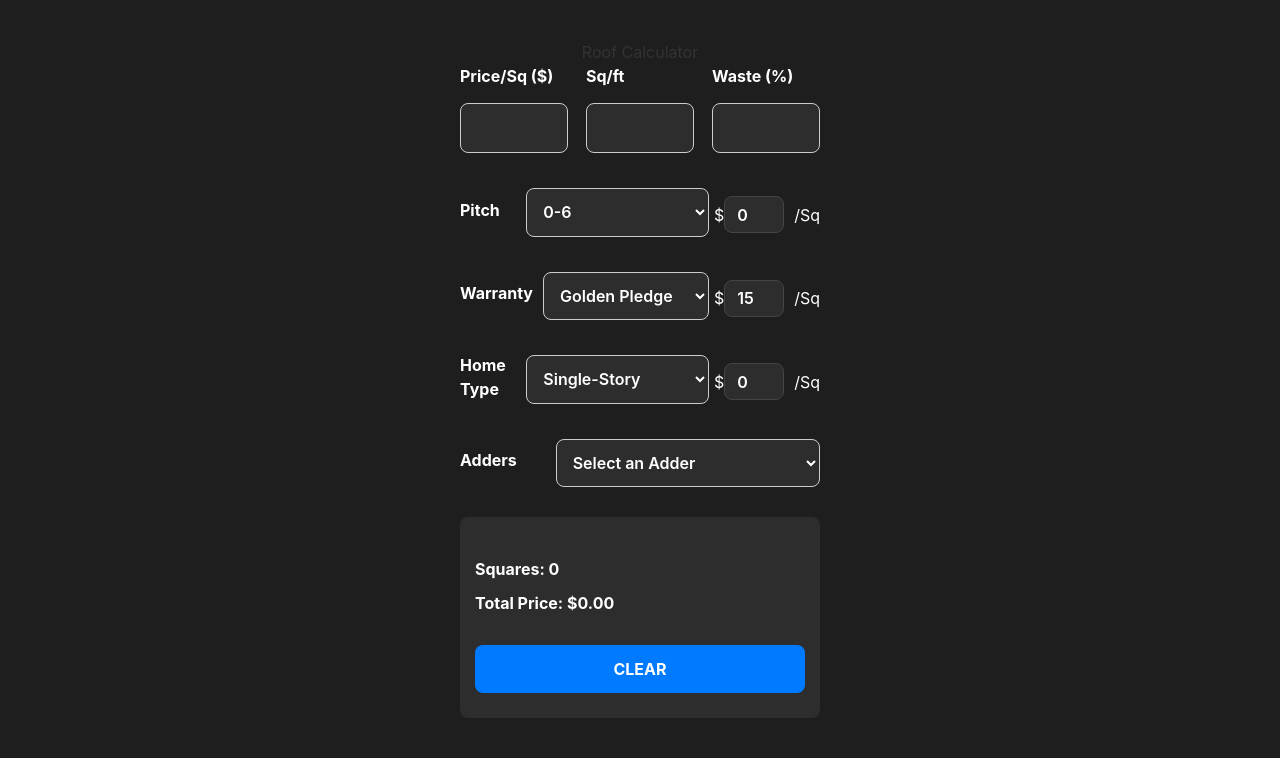
Repository: Tripp-L/roof-calc-app
Page: /
These files come from the project's save history. The page is drawn as it stood at one moment and after the next save; the edit follows.
The browser window is 1280 px wide. The pictures show the whole page.
The project was rebuilt for these pictures with package versions that can differ from the ones it lists, and the page was loaded fresh each time.

Above is the page before, as saved 2024-10-17 23:33:21.

### public/index.html
<!DOCTYPE html>
<html lang="en">
  <head>
    <meta charset="utf-8" />
    <meta name="viewport" content="width=device-width, initial-scale=1" />
    <title>Roof Calc App</title>
  </head>
  <body>
    <noscript>You need to enable JavaScript to run this app.</noscript>
    <div id="root"></div>
  </body>
</html>

### src/App.js
import React from 'react';
import RoofCalculator from './RoofCalculator';
import './App.css';

function App() {
  return (
    <div className="App">
      <RoofCalculator />
    </div>
  );
}

export default App;

### src/App.css
@import 'tailwindcss/base';
@import 'tailwindcss/components';
@import 'tailwindcss/utilities';

body {
  font-family: -apple-system, BlinkMacSystemFont, "Segoe UI", Roboto, Helvetica, Arial, sans-serif, "Apple Color Emoji", "Segoe UI Emoji", "Segoe UI Symbol";
}

input:focus, select:focus {
  outline: none;
}

.price-input-container {
  display: inline-flex;
  align-items: center;
  border: 1px solid #ccc;
  border-radius: 4px;
  overflow: hidden;
}

.price-symbol {
  padding-left: 8px;
  color: #666;
}

.price-input {
  border: none;
  outline: none;
  padding: 8px;
  width: 60px;
  font-size: 16px;
}

.price-input::-webkit-inner-spin-button,
.price-input::-webkit-outer-spin-button {
  opacity: 1;
}

.App {
  display: flex;
  flex-direction: column;
  min-height: 100vh;
  max-width: 100%;
  padding: 20px;
  font-size: 16px;
  line-height: 1.5;
  touch-action: manipulation;
}

@media (min-width: 768px) {
  .App {
    max-width: 90%;
    margin: 0 auto;
  }
}

@media (min-width: 1024px) {
  .App {
    max-width: 1200px;
  }
}

.App input,
.App select,
.App button {
  font-size: 16px;
  padding: 12px;
  margin: 10px 0;
  border-radius: 8px;
  border: 1px solid #ccc;
  width: 100%;
  box-sizing: border-box;
}

.App button {
  background-color: #007bff;
  color: white;
  border: none;
  cursor: pointer;
  transition: background-color 0.3s ease;
}

.App button:hover,
.App button:focus {
  background-color: #0056b3;
}

.App label {
  display: block;
  margin-bottom: 5px;
  font-weight: bold;
}

.sqft-input {
  width: 10%;
  padding: 8px;
  margin-top: 5px;
  border: 1px solid #ccc;
  border-radius: 4px;
  box-sizing: border-box;
}

.waste-select {
  width: 10%;
  padding: 8px;
  margin-top: 5px;
  border: 1px solid #ccc;
  border-radius: 4px;
  box-sizing: border-box;
}

.warranty-container {
  display: flex;
  align-items: center;
  margin-bottom: 10px;
}

.warranty-price-container {
  display: flex;
  align-items: center;
  margin-left: 10px;
}

.dollar-sign {
  margin-right: 5px;
  font-weight: bold;
}

.warranty-price-adjust {
  padding: 5px;
}

.warranty-price-adjust::before {
  content: "+";
  margin-right: 5px;
}

.warranty-adjust {
  margin-left: 10px;
}

.warranty-adjust select {
  margin-left: 5px;
}

.keypad button:last-child {
  grid-column: span 4;
  background-color: #f0f0f0;
  color: #333;
}

.digits button:last-child {
  background-color: #f0f0f0;
  color: #333;
  grid-column: span 2;
}

.home-type-section {
  margin-bottom: 20px;
}

.home-type-options {
  display: flex;
  justify-content: space-between;
  align-items: center;
  margin-bottom: 10px;
}

.home-type-options label {
  display: flex;
  align-items: center;
}

.price-input {
  display: flex;
  align-items: center;
  border: 1px solid #ccc;
  border-radius: 4px;
  padding: 5px;
}

.price-input span {
  margin-right: 5px;
}

.price-input input {
  border: none;
  outline: none;
  width: 60px;
}

### src/RoofCalculator.css
body {
  background-color: #1e1e1e;
  color: #ffffff;
  font-family: Arial, sans-serif;
}

.calculator {
  max-width: 400px;
  margin: 0 auto;
  padding: 20px;
}

.input-group {
  display: flex;
  align-items: center;
  margin-bottom: 15px;
}

.input-group label {
  width: 120px; /* Adjust as needed */
  margin-right: 10px;
}

/* Style for the previously longer inputs */
.input-group input[type="number"] {
  width: 84px;
  height: 37px;
  background-color: #2d2d2d;
  color: white;
  border: 1px solid #444;
  padding: 2 8px;
  font-size: 16px;
  font-weight: 600;
  line-height: 22px;
  box-sizing: border-box;
  margin-bottom: 10px;
}

/* Style for select dropdowns and pitch price input */
.input-group select,
.warranty-price-input input,
.home-type-price-input input {
    width: 100%;
    height: 30px;
    background-color: #2d2d2d;
    color: white;
    border: 1px solid #444;
    padding: 0 8px;
    font-size: 14px;
    line-height: 30px;
    box-sizing: border-box;
    margin-bottom: 10px;
}

.input-group select,
.pitch-price-input input {
  width: 100%;
  height: 48.5px;
  background-color: #2d2d2d;
  color: white;
  border: 1px solid #444;
  padding: 2 8px;
  font-size: 14px;
  font-weight: 600;
  line-height: 30px;
  box-sizing: border-box;
}


.pitch-price-input,
.warranty-price-input,
.home-type-price-input {
  display: flex;
  align-items: center;
  margin-top: 1px;
  margin-bottom: 10px;
}

.dollar-sign {
  color: #ccc;
  margin-right: 2px;
}

label {
  display: block;
  margin-bottom: 20px;
}

input, select {
  width: 100%;
  padding: 8px;
  background-color: #2d2d2d;
  border: 1px solid #3d3d3d;
  color: #ffffff;
  margin-bottom: 20px;
}

.results {
  margin-top: 20px;
  font-weight: bold;
  font-size: 20px;
  margin-bottom: 10px;
}

h1 {
  text-align: center;
  color: #333;
  margin-bottom: 25px;
}

.calculator-section {
  margin-bottom: 20px;
}

.price-input-container {
  display: inline-flex;
  align-items: center;
  border: 1px solid #ccc;
  border-radius: 4px;
  overflow: hidden;
  margin-top: 20px;
  margin-bottom: 20px;
}

.price-symbol {
  padding: 0 8px;
  background-color: #f0f0f0;
  color: #666;
}

.price-input {
  width: 60px;
  border: none;
  padding: 8px;
  text-align: right;
  font-size: 16px;
  font-weight: 600;
  margin-top: 20px;
  margin-bottom: 20px;
}

.total {
  background-color: #f0f0f0;
  padding: 15px;
  border-radius: 5px;
  text-align: center;
  font-size: 25px;
  font-weight: 600;
  line-height: 22px;
  box-sizing: border-box;
  background-color: #2d2d2d;
  color: rgb(255, 255, 255);
}

.total h3 {
  margin: 10;
  color: #333;
  color: rgb(255, 255, 255);
}

.total p {
  font-size: 26px;
  font-weight: bold;
  color: #4CAF50;
  margin: 20px 0 0;
  color: rgb(255, 255, 255);
}

.warranty-price-input {
  display: flex;
  align-items: center;
  margin-top: 5px;
}

.warranty-price-input input {
  width: 60px;
  height: 30px;
  background-color: #2d2d2d;
  color: white;
  border: 1px solid #444;
  padding: 0 8px;
  font-size: 14px;
  line-height: 30px;
  box-sizing: border-box;
}

.warranty-price-input span {
  color: #ccc;
  margin: 0 4px;
}

.home-type-group {
  margin-bottom: 20px;
}

.home-type-label {
  font-size: 18px;
  font-weight: bold;
  color: #ffffff;
  margin-bottom: 10px;
  display: block;
}

.home-type-options {
  display: grid;
  grid-template-columns: auto 1fr auto;
  gap: 8px 12px;
  align-items: center;
}

.home-type-option input[type="radio"] {
  appearance: none;
  width: 12px;
  height: 12px;
  border: 2px solid #ffffff;
  border-radius: 50%;
  outline: none;
  cursor: pointer;
  margin: 0;
}

.home-type-option input[type="radio"]:checked {
  background-color: #ffffff;
  box-shadow: inset 0 0 0 2px #2d2d2d;
}

.home-type-text {
  color: #cccccc;
  font-size: 14px;
}

.home-type-price {
  color: #cccccc;
  font-size: 14px;
  justify-self: end;
}

.price-input-wrapper {
  display: flex;
  align-items: center;
  margin-top: 5px;
}

.price-input-wrapper input[type="number"] {
  width: 60px;
  margin-right: 5px;
}

.price-input-wrapper span {
  margin-left: 5px;
}

.results-container {
  display: flex;
  flex-direction: column;
  background-color: #2d2d2d;
  padding: 15px;
  border-radius: 8px;
  margin-top: 20px;
}

.results {
  margin-bottom: 15px;
}

.results p {
  margin: 5px 0;
  font-size: 16px;
  color: #ffffff;
}

.results p:first-child {
  margin-bottom: 10px;
}

.clear-button {
  width: 100%;
  padding: 10px 0;
  background-color: #dc3545;  /* Changed to red */
  color: white;
  border: none;
  border-radius: 4px;
  font-size: 16px;
  font-weight: bold;
  text-transform: uppercase;
  cursor: pointer;
  transition: background-color 0.3s ease;
}

.clear-button:hover {
  background-color: #c82333;  /* Darker red on hover */
}

.clear-button:active {
  background-color: #bd2130;  /* Even darker red when active */
}

.selected-adder .adder-input-wrapper {
  display: flex;
  align-items: center;
}

.selected-adder input[type="number"] {
  width: 60px;
  margin-right: 5px;
}

.selected-adder span {
  margin-right: 10px;
}

.remove-adder {
  background: none !important;
  border: none;
  color: white;
  font-size: 1.2em;
  cursor: pointer;
  padding: 0;
  margin-left: 10px;
  line-height: 1;
}

.remove-adder:hover {
  color: #ff4d4d; /* Light red color on hover */
}

.adder-input-wrapper {
  display: flex;
  align-items: center;
}

.selected-adder input[type="number"] {
  width: 60px;
  margin-right: 5px;
}

.selected-adder span {
  margin-right: 10px;
}

/* Add this new class */
.horizontal-inputs {
  display: flex;
  justify-content: space-between;
  margin-bottom: 15px; /* Adjust as needed */
}

/* Modify the existing .input-group class */
.input-group {
  display: flex;
  align-items: center;
  margin-bottom: 15px;
}

/* Add this new class for the horizontal input groups */
.horizontal-input-group {
  width: 30%; /* Adjust this value to control spacing between inputs */
}

.horizontal-input-group label {
  display: block;
  margin-bottom: 5px;
}

.horizontal-input-group input[type="number"] {
  width: 100%; /* Make the input fill its container */
}

Loaded but not shown: src/index.js (common file); tailwind.config.js (common file); src/RoofCalculator.js (492 lines, source omitted)

After the next save:
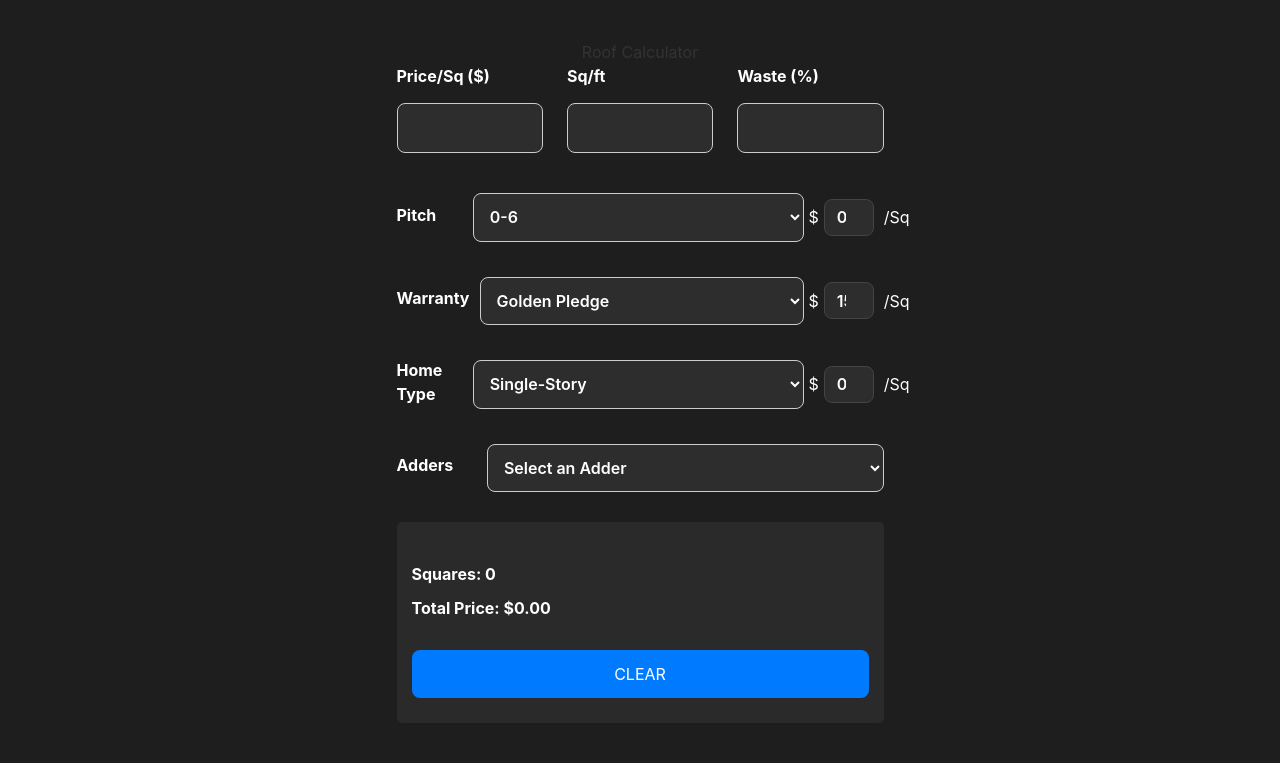
Saved 2 min 39 s later.
--- a/src/RoofCalculator.css
+++ b/src/RoofCalculator.css
@@ -5,7 +5,7 @@ body {
 }
 
 .calculator {
-  max-width: 400px;
+  max-width: 600px; /* Adjust as needed */
   margin: 0 auto;
   padding: 20px;
 }
@@ -14,10 +14,11 @@ body {
   display: flex;
   align-items: center;
   margin-bottom: 15px;
+  justify-content: space-between;
 }
 
 .input-group label {
-  width: 120px; /* Adjust as needed */
+  width: 100px; /* Adjusted for better alignment */
   margin-right: 10px;
 }
 
@@ -238,12 +239,12 @@ h1 {
 .price-input-wrapper {
   display: flex;
   align-items: center;
-  margin-top: 5px;
+  width: 80px; /* Fixed width for consistency */
 }
 
 .price-input-wrapper input[type="number"] {
-  width: 60px;
-  margin-right: 5px;
+  width: 50px;
+  margin: 0 5px;
 }
 
 .price-input-wrapper span {
@@ -253,9 +254,9 @@ h1 {
 .results-container {
   display: flex;
   flex-direction: column;
-  background-color: #2d2d2d;
+  background-color: #2a2a2a;
   padding: 15px;
-  border-radius: 8px;
+  border-radius: 5px;
   margin-top: 20px;
 }
 
@@ -275,24 +276,16 @@ h1 {
 
 .clear-button {
   width: 100%;
-  padding: 10px 0;
-  background-color: #dc3545;  /* Changed to red */
+  padding: 10px;
+  background-color: #007bff;
   color: white;
   border: none;
-  border-radius: 4px;
-  font-size: 16px;
-  font-weight: bold;
-  text-transform: uppercase;
+  border-radius: 5px;
   cursor: pointer;
-  transition: background-color 0.3s ease;
 }
 
 .clear-button:hover {
-  background-color: #c82333;  /* Darker red on hover */
-}
-
-.clear-button:active {
-  background-color: #bd2130;  /* Even darker red when active */
+  background-color: #0056b3;
 }
 
 .selected-adder .adder-input-wrapper {
@@ -342,7 +335,7 @@ h1 {
 .horizontal-inputs {
   display: flex;
   justify-content: space-between;
-  margin-bottom: 15px; /* Adjust as needed */
+  margin-bottom: 20px;
 }
 
 /* Modify the existing .input-group class */
@@ -350,11 +343,12 @@ h1 {
   display: flex;
   align-items: center;
   margin-bottom: 15px;
+  justify-content: space-between;
 }
 
 /* Add this new class for the horizontal input groups */
 .horizontal-input-group {
-  width: 30%; /* Adjust this value to control spacing between inputs */
+  width: 30%; /* Reduced from previous value */
 }
 
 .horizontal-input-group label {
@@ -363,5 +357,10 @@ h1 {
 }
 
 .horizontal-input-group input[type="number"] {
-  width: 100%; /* Make the input fill its container */
-}
+  width: 100%;
+}
+
+/* Adders dropdown */
+.input-group:last-of-type select {
+  max-width: 100%; /* Full width for Adders dropdown */
+}
